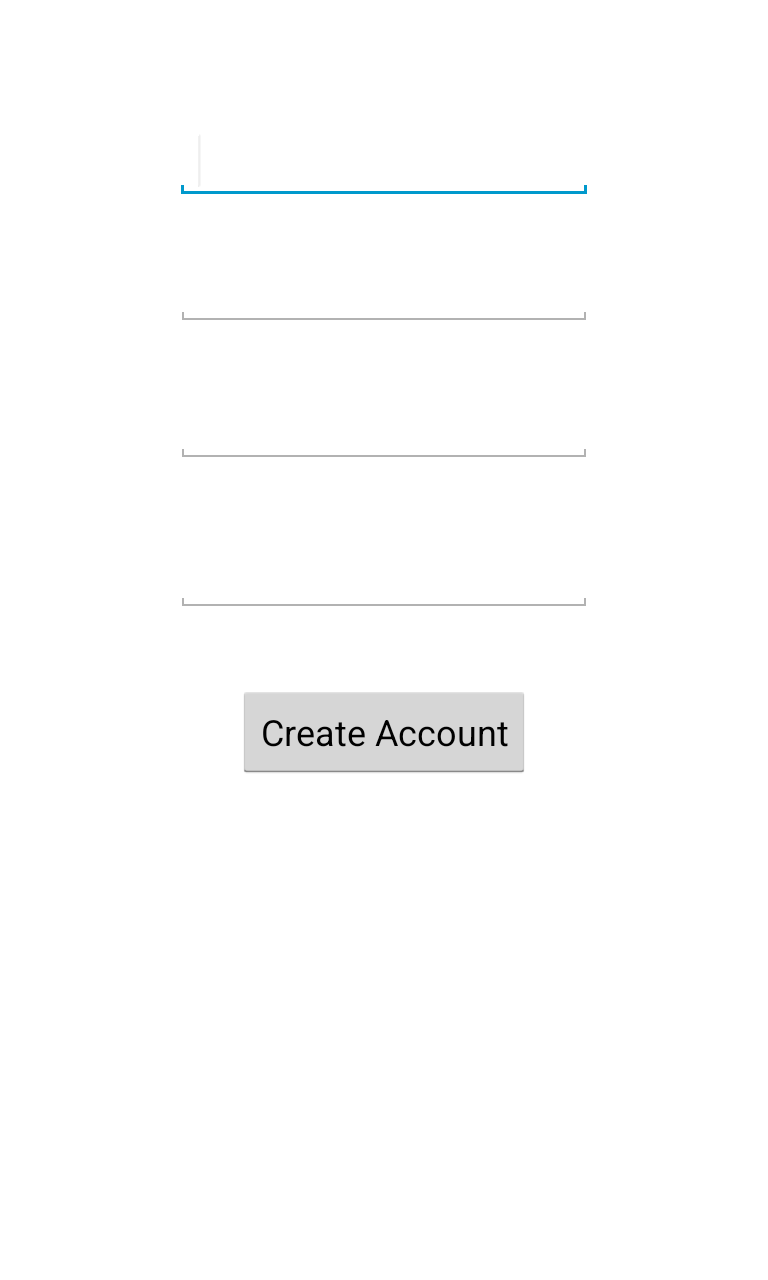
Repository: NarenPamza/Android_Template
Layout: LastNightParty/res/layout/activity_create_new_account.xml
These files come from the project's save history. The layout is drawn as it stood at one moment and after the next save; the edit follows.
It is drawn on a 768 x 1280 px phone screen (xhdpi) without system bars, with theme AppTheme; the app's code is not run.

Above is the layout before, as saved 2015-12-25 13:55:41.

After the next save:
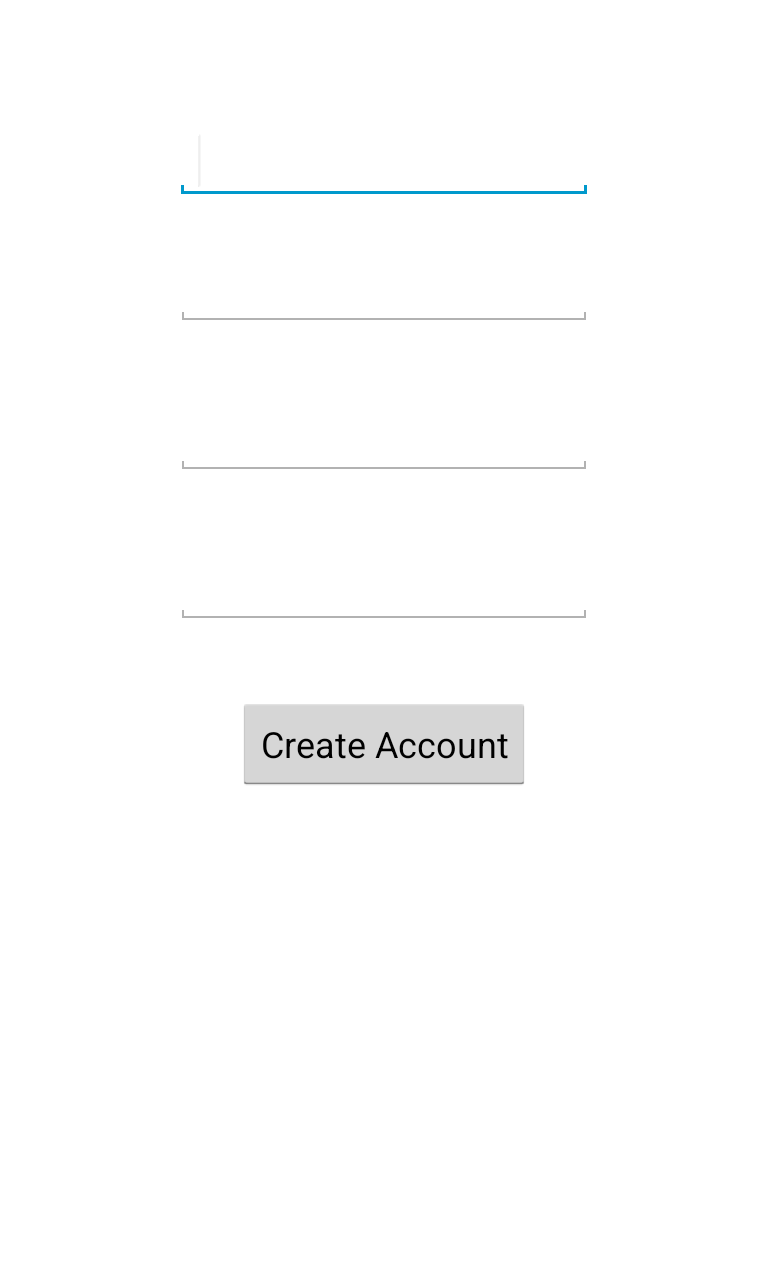
Saved 6 s later.
--- a/LastNightParty/res/layout/activity_create_new_account.xml
+++ b/LastNightParty/res/layout/activity_create_new_account.xml
@@ -37,7 +37,7 @@
         android:layout_height="wrap_content"
         android:layout_alignLeft="@+id/editText2"
         android:layout_below="@+id/editText2"
-        android:layout_marginTop="29dp"
+        android:layout_marginTop="35dp"
         android:ems="10"
         android:inputType="textEmailAddress" />
 
